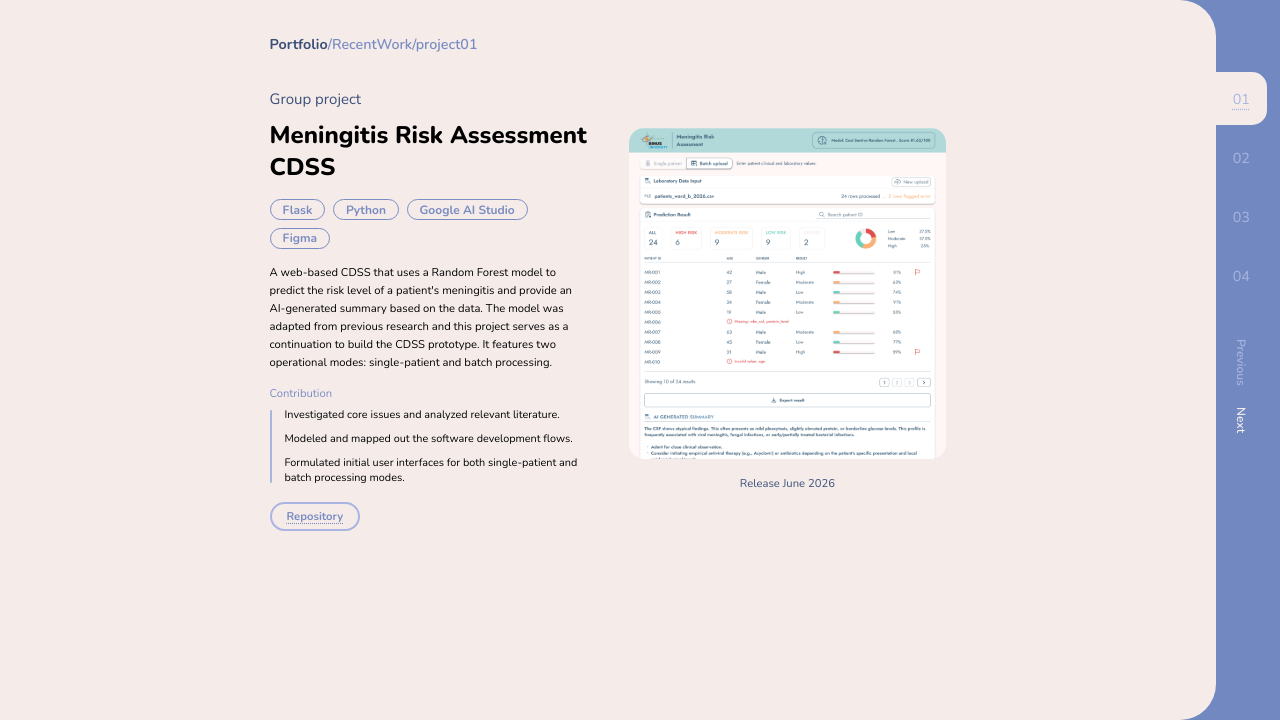
Repository: L-vy/L-vy
Page: /recentworks/project01
An editor plug-in stored every save of this project. The page is shown before and after the next save, followed by the edit.
The browser window is 1280 px wide. The pictures show the whole page.
Some web fonts or font styles are not loaded; a fallback is used. The project was rebuilt for these pictures with package versions that can differ from the ones it lists, and the page was loaded fresh each time. Also part of the build but not shown: vite.config.ts, src/components/Icon.tsx, src/data/site.ts, src/components/useGoTo.ts, src/components/Navbar.tsx, src/components/Hero.tsx, src/components/Reveal.tsx, src/components/Skills.tsx and 9 more.

Above is the page before, as saved 2026-10-07 20:57:30.

After the next save:
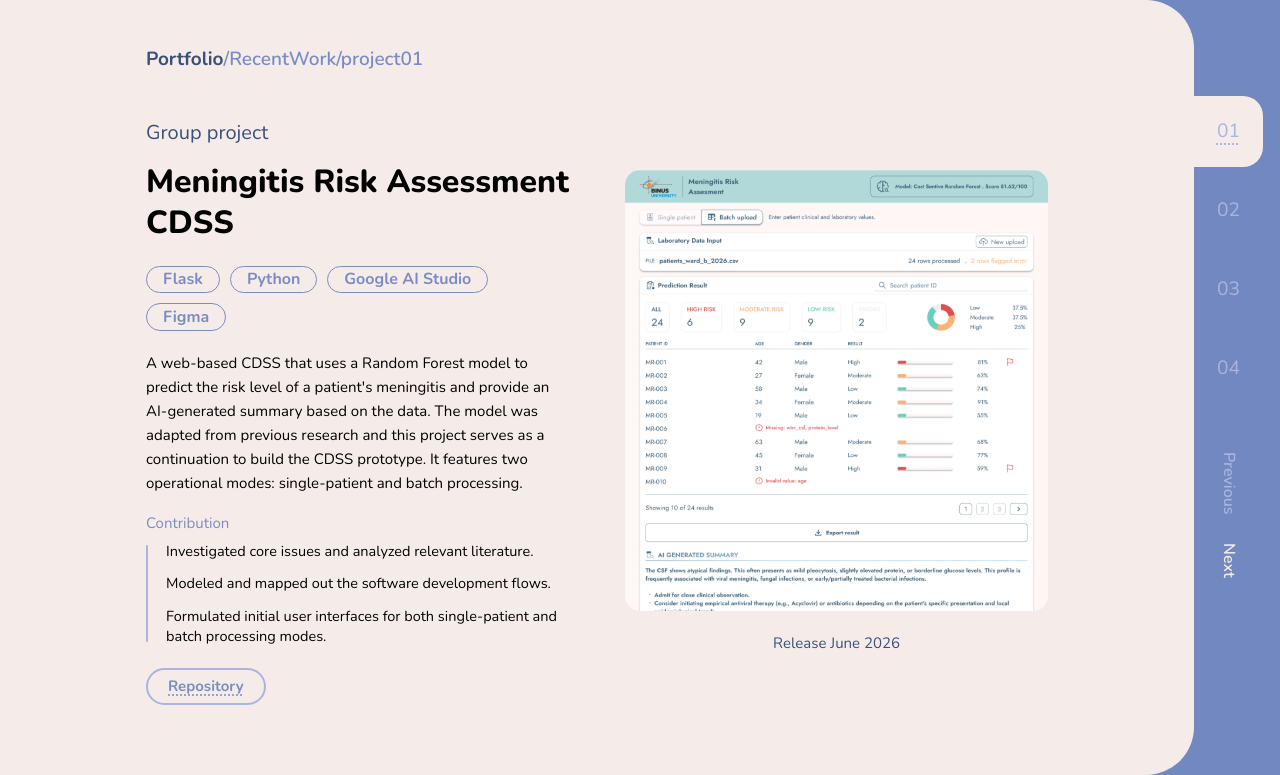
Saved 25 s later.
--- a/src/styles.css
+++ b/src/styles.css
@@ -1,6 +1,6 @@
 /* Sizes are authored at design scale (16px = 1rem) and rendered at 75% via html{font-size:75%}. */
 :root{--blue:#7288c1;--cream:#f5ecea;--ink:#3b5078;--peri:#7a8cc2;--light:#a9b5e0;--bar:#9fadd1;--pill:#d3d6e6;--panel:#d1d4e3;--ph:#d9d9d9;--txt:#000;--gut:max(3.5rem,calc((100% - 68.75rem)/2 + 3.5rem));color-scheme:light}
-html{font-size:75%}
+html{font-size:100%}
 *{box-sizing:border-box}
 body{margin:0;background:var(--cream);color:var(--txt);font-family:'Nunito',system-ui,sans-serif;line-height:1.4}
 h1,h2,h3,p,ul{margin:0}

After the save that followed:
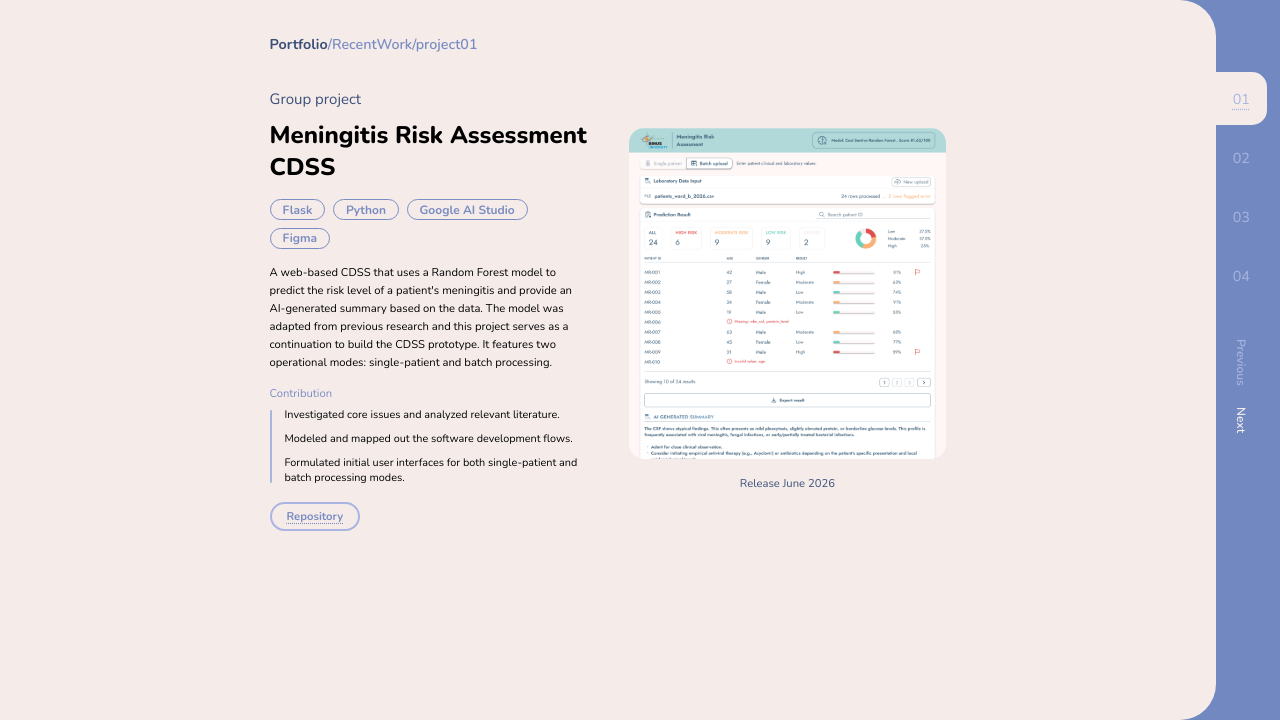
Saved 32 s later.
--- a/src/styles.css
+++ b/src/styles.css
@@ -1,6 +1,6 @@
 /* Sizes are authored at design scale (16px = 1rem) and rendered at 75% via html{font-size:75%}. */
 :root{--blue:#7288c1;--cream:#f5ecea;--ink:#3b5078;--peri:#7a8cc2;--light:#a9b5e0;--bar:#9fadd1;--pill:#d3d6e6;--panel:#d1d4e3;--ph:#d9d9d9;--txt:#000;--gut:max(3.5rem,calc((100% - 68.75rem)/2 + 3.5rem));color-scheme:light}
-html{font-size:100%}
+html{font-size:75%}
 *{box-sizing:border-box}
 body{margin:0;background:var(--cream);color:var(--txt);font-family:'Nunito',system-ui,sans-serif;line-height:1.4}
 h1,h2,h3,p,ul{margin:0}
